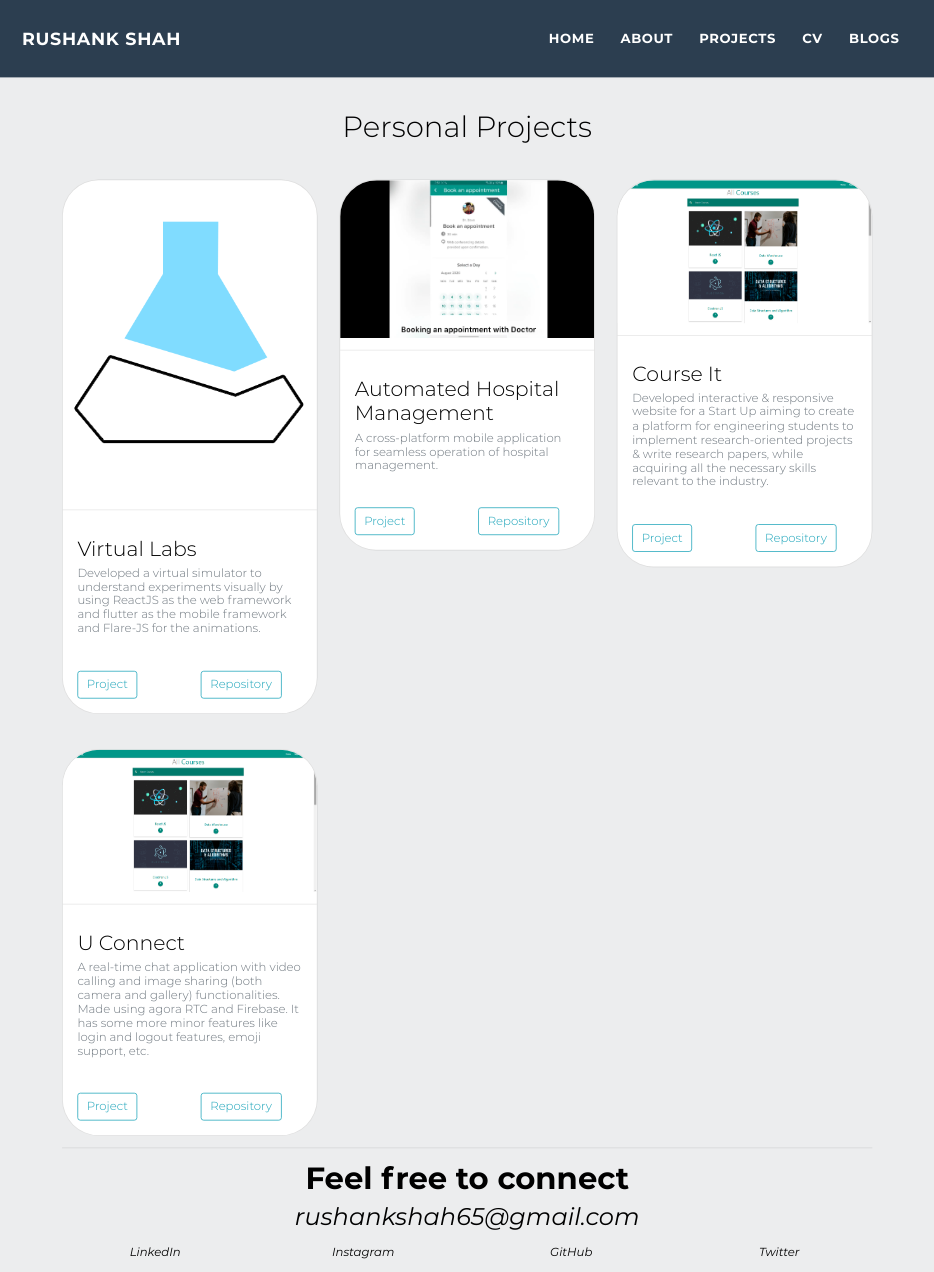
Repository: rushankshah/rushank-shah
Page: /projects
These files come from the project's save history. The page is drawn as it stood at one moment and after the next save; the edit follows.
The browser window is 1280 px wide. The pictures show the whole page, at 73% of full size.
The project was rebuilt for these pictures with package versions that can differ from the ones it lists, and the page was loaded fresh each time. The framework's server and built-in components were replaced by stand-ins that run in the browser. Also part of the build but not shown: next.config.js.

Above is the page before, as saved 2020-12-03 01:25:55.

### pages/projects.js
import BaseLayout from '../components/layouts/BaseLayout'
import BasePage from '../components/BasePage'
import { Card, CardBody, CardImg, CardSubtitle, CardTitle, Col, Row } from 'reactstrap'


const projects = () => {
    return (
        <BaseLayout>
            <BasePage className='projects-page'>
                <h1 style={{ textAlign: 'center', color: 'black' }}>Personal Projects</h1>
                <Row className='mt-5'>
                    <Col md='4'>
                        <Card className='intro custom-card'>
                            <CardImg top src="/static/images/virtual-labs-logo.png" alt="Card image cap"></CardImg>
                            <hr></hr>
                            <CardBody>
                                <CardTitle tag='h3'>
                                    Virtual Labs
                                </CardTitle>
                                <CardSubtitle tag="h6" className="mb-2 text-muted">Developed a virtual simulator to understand experiments visually by using ReactJS as the web framework and flutter as the mobile framework and Flare-JS for the animations.</CardSubtitle>
                                <Row className='mt-5'>
                                    <Col md='6'>
                                        <a className='btn btn-outline-info' target='_blank' href='http://cdac.olabs.edu.in/?sub=74&brch=31&sim=249&cnt=4'>Project</a>
                                    </Col>
                                    <Col md='6'>
                                        <a className='btn btn-outline-info' target='_blank' href='https://github.com/rushankshah/VirtualLabs-React'>Repository</a>
                                    </Col>
                                </Row>
                            </CardBody>
                        </Card>
                    </Col>
                    <Col md='4'>
                        <Card className='intro custom-card'>
                            <CardImg top src="/static/images/healthcare.png" style={{ borderRadius: '50px 50px 0px 0px' }} alt="Card image cap"></CardImg>
                            <hr></hr>
                            <CardBody>
                                <CardTitle tag='h3'>
                                    Automated Hospital Management
                                </CardTitle>
                                <CardSubtitle tag="h6" className="mb-2 text-muted">A cross-platform mobile application for seamless operation of hospital management.</CardSubtitle>
                                <Row className='mt-5'>
                                    <Col md='6'>
                                        <a className='btn btn-outline-info' target='_blank' href='https://www.youtube.com/watch?v=YVA4nBIPkeM&feature=youtu.be'>Project</a>
                                    </Col>
                                    <Col md='6'>
                                        <a className='btn btn-outline-info' target='_blank' href='https://github.com/rushankshah/SecureHealth'>Repository</a>
                                    </Col>
                                </Row>
                            </CardBody>
                        </Card>
                    </Col>
                    <Col md='4'>
                        <Card className='intro custom-card'>
                            <CardImg top src="/static/images/courseit.png" style={{ borderRadius: '50px 50px 0px 0px' }} alt="Card image cap"></CardImg>
                            <hr></hr>
                            <CardBody>
                                <CardTitle tag='h3'>
                                    Course It
                                </CardTitle>
                                <CardSubtitle tag="h6" className="mb-2 text-muted">Developed interactive & responsive website for a Start Up aiming to create a platform for engineering students to implement research-oriented projects & write research papers, while acquiring all the necessary skills relevant to the industry.</CardSubtitle>
                                <Row className='mt-5'>
                                    <Col md='6'>
                                        <a className='btn btn-outline-info' target='_blank' href='https://www.youtube.com/watch?v=DS0so4L6310&feature=youtu.be'>Project</a>
                                    </Col>
                                    <Col md='6'>
                                        <a className='btn btn-outline-info' target='_blank' href='https://github.com/rushankshah/T014_Masterbridge'>Repository</a>
                                    </Col>
                                </Row>
                            </CardBody>
                        </Card>
                    </Col>
                </Row>
                <Row className='mt-5'>
                    <Col md='4'>
                        <Card className='intro custom-card'>
                            <CardImg top src="/static/images/courseit.png" style={{ borderRadius: '50px 50px 0px 0px' }} alt="Card image cap"></CardImg>
                            <hr></hr>
                            <CardBody>
                                <CardTitle tag='h3'>
                                    U Connect
                                </CardTitle>
                                <CardSubtitle tag="h6" className="mb-2 text-muted">A real-time chat application with video calling and image sharing (both camera and gallery) functionalities. Made using agora RTC and Firebase. It has some more minor features like login and logout features, emoji support, etc.</CardSubtitle>
                                <Row className='mt-5'>
                                    <Col md='6'>
                                        <a className='btn btn-outline-info' target='_blank' href='https://www.youtube.com/watch?v=DS0so4L6310&feature=youtu.be'>Project</a>
                                    </Col>
                                    <Col md='6'>
                                        <a className='btn btn-outline-info' target='_blank' href='https://github.com/rushankshah/T014_Masterbridge'>Repository</a>
                                    </Col>
                                </Row>
                            </CardBody>
                        </Card>
                    </Col>
                </Row>
                <hr></hr>
            </BasePage>
        </BaseLayout>
    )
}

export default projects

### styles/main.scss
@import './shared/fonts';
@import './index';
@import './header';
@import './shared/colors';
@import 'about';
@import 'projects';

html, body {
    height:100%;
    width:100%;
    font-family: 'Montserrat', 'Helvetica';
  }

.self-typed{
  font-size: 31px;
  font-weight: 500;
  letter-spacing: 2px;
  color: white;
}

.absolute {
  position: absolute;
}

.base-page {
  padding-top: 150px;
  color: white;
  background-color: #ecedee;
  min-height: 100vh;

  .page-header {
    .page-header-title {
      font-weight: 700;
      color: black;
      display: inline-block;
      margin-bottom: 20px;
    }
  }
}

.social-media:hover{
  color: #dba919;
  cursor: pointer;
}

.clickable{
  cursor: pointer;
}

### components/layouts/BaseLayout.js
import React from 'react'
import Header from '../shared/Header'

const BaseLayout = (props) => {

    const { className, children } = props

    const headerType = props.headerType || 'default'

    return (
        <div className='layout-container'>
            <Header className={`port-nav-${headerType}`} />
            <main className={`cover ${className}`}>
                <div className='wrapper'>
                    {children}
                </div>
            </main>
        </div>
    )
}

export default BaseLayout

### components/BasePage.js
import React from 'react'
import { Container } from 'reactstrap'
import Footer from './shared/Footer'

export default function BasePage(props) {
    const className = props.className || ''
    const title = props.title
    return (
        <div className={`base-page ${className}`}>
            <Container>
                {props.children}
                <Footer />
            </Container>
        </div>
    )
}

### styles/shared/_fonts.scss
@font-face {
    font-family: 'Montserrat';
    src: url('/static/fonts/2.3\ Montserrat-Regular.ttf');
    font-weight: normal;
    font-style: normal;
}

@font-face {
    font-family: 'Montserrat';
    src: url('/static/fonts/2.4\ Montserrat-Bold.ttf');
    font-weight: bold;
    font-style: normal;
}

@font-face {
    font-family: 'Montserrat';
    src: url('/static/fonts/2.2\ Montserrat-Light.ttf');
    font-weight: lighter;
    font-style: normal;
}

@font-face {
    font-family: 'Montserrat';
    src: url('/static/fonts/2.1\ Montserrat-Italic.ttf');
    font-weight: normal;
    font-style: italic;
}

### styles/_index.scss
  // ---------- Index Page CSS ------------
  .cover {
    background-image: linear-gradient(45deg,#00aeef 0%,#096fb9 100%);
    overflow: hidden;
    position: relative;
  }

  .wrapper {
    min-height: 100vh;
    min-width: 100vw;
    margin-top: 0;
    position: relative;
  }

  .main-section {
    top: 150px;
    width: 100%;
    padding: 150px 0 0;
  }

  .hero-section{
    h2 {
      color: white;
      font-weight: bold;
      margin-bottom: 10px;
    }

    perspective: 1000px;
    color: white;
    width: 400px;
    position: relative;

    &-content {
      position: absolute;
      bottom: 20px;
      width: 360px;
      left: 6%;
      z-index: 1;

      &-intro {
        font-size: 17px;
      }
    }
  }

  .image {
    width: auto;
    max-width: 100%;
  }

  .hero-welcome-text > h1 {
    color: white;
    text-transform: uppercase;
    font-size: 27px;
    margin-top: 80px;
  }

  .hero-welcome-bio {
    margin-top: 20px;
    color: white;

    .fa-stack {
      font-size: 28px;
    }

    .list-inline-item {
      > a {
        color: #373737;
      }
    }
  }

  .hero-welcome-wrapper {
    justify-content: flex-end;

  }

  @media (max-width: 991px) {
    .hero-section {
      width: 341px;
      height: 445px;

      &-content {
        width: 341px;
      }
    }

    .hero-welcome-text > h1 {
      margin-top: 0px;
    }
  }

  .background-image {
    position: absolute;
    width: 1762px;
    height: 493px;
  }

  .shadow-custom {
    width: 100%;
    height: 100%;
    position: absolute;
    top: 0;
    box-shadow: -17px 13px 41px rgba(13,78,158,0.6);
    border: 2px solid #3bace5;

    .shadow-inner {
      width: 100%;
      height: 100%;
      box-shadow: -17px 13px 13px rgba(0,0,0,0.09);
    }
  }

  .shadow-custom-2 {
    border: 2px solid #f37d49;
    box-shadow: -17px 13px 41px rgba(13,78,158,0.3);
  }

  .flipper{
    transition: 1s;
    transform-style: preserve-3d;
    position: relative;
  }

  .flipper.isFlipping{
    transform: rotateY(-180deg);
  }

  .front, .back{
    backface-visibility: hidden;
    position: absolute;
    top: 0;
    left: 0;
  }

  .cover-0 {
  }

  .cover-1 {
    background-image: linear-gradient(45deg, rgb(254, 202, 83), rgb(253, 157, 97));
  }

  .front{
    transform: rotateY(0deg);
    z-index: 9999;
  }

  .back{
    transform: rotateY(180deg);
  }

### styles/_header.scss
@import './shared/colors';
  // HEADER
  .port-navbar.port-nav-base {
    width: 100%;
    z-index: 15;
    padding: 40px;

    .port-navbar {
      &-brand {
        color: white;
        font-size: 24px;
        text-transform: uppercase;
        letter-spacing: 1px;
        font-weight: bold;
      }

      &-item {
        margin-left: 10px;
        margin-right: 10px;
      }

      &-link {
        color: white;
        font-weight: bold;
        letter-spacing: 0.8px;
        font-size: 18px;
        text-transform: uppercase;

        &.active {
        color: #dba919;
        }

        &:hover, &:focus {
          color: #dba919;
        }
      }
    }
  }

  .port-navbar.port-nav-base.port-nav-default {
    padding: 30px;
    background-color: $secondary !important;
  }

  .bg-transparent.menu-open {
    background-color: #2C3E50 !important;
  }

  .bg-transparent.menu-close {
    transition: 1s;
  }

### styles/shared/_colors.scss
$main-color-blue: #0977C0;
$main-color-red: 'red';

$navbar-orange: #dba919;
$base-page-white: #ecedee;

$white: #fff !default;
$gray-100: #f8f9fa !default;
$gray-200: #e9ecef !default;
$gray-300: #dee2e6 !default;
$gray-400: #ced4da !default;
$gray-500: #adb5bd !default;
$gray-600: #868e96 !default;
$gray-700: #495057 !default;
$gray-800: #343a40 !default;
$gray-900: #212529 !default;
$black: #000 !default;

$primary: #18BC9C !default;
$secondary: #2C3E50 !default;

$blue:    #007bff !default;
$indigo:  #6610f2 !default;
$purple:  #6f42c1 !default;
$pink:    #e83e8c !default;
$red:     #dc3545 !default;
$orange:  #fd7e14 !default;
$yellow:  #ffc107 !default;
$green:   #28a745 !default;
$teal:    #0085A1 !default;
$cyan:    #17a2b8 !default;

### styles/_about.scss
@import './shared/mixins';
.about-page {
    .left-side {
      // margin-top: 10vh;

      color: black;
      text-align: left;
    }

    .fadein {
      opacity: 0;

      @include animation(fadein 2s);
      @include animation-fill-mode(forwards);
    }

    .intro{
        color: black;
        font-weight: lighter;
    }

    .title {
      @include animation-detail(0.7s);
      font-size: 42px;
      font-weight: bold;
    }

    .subtitle {
      @include animation-detail(2.2s);
      font-size: 33px;
    }

    .subsubTitle {
      @include animation-detail(3.6s);
      font-size: 18px;
    }

    @keyframes fadein {
      from { opacity: 0; }
      to   { opacity: 1; }
    }
  }

### styles/shared/_mixins.scss
// MIXINS
@mixin background-cover() {
    -webkit-background-size: cover;
    -moz-background-size: cover;
    -o-background-size: cover;
    background-size: cover;
  }

  @mixin animation($animationType) {
    -webkit-animation: $animationType; /* Safari, Chrome and Opera > 12.1 */
       -moz-animation: $animationType; /* Firefox < 16 */
        -ms-animation: $animationType; /* Internet Explorer */
         -o-animation: $animationType; /* Opera < 12.1 */
            animation: $animationType;
  }


  @mixin animation-fill-mode($animationMode) {
    -webkit-animation-fill-mode: $animationMode;  /* this makes sure that after animation is done we remain at the last keyframe value (opacity: 1)*/
    -moz-animation-fill-mode: $animationMode;
    animation-fill-mode: $animationMode;
  }


  @mixin animation-detail($detail) {
    -webkit-animation-delay: $detail;
    -moz-animation-delay: $detail;
    animation-delay: $detail;
  }

### styles/_projects.scss
@import './shared/mixins';
.projects-page {
    .left-side {
      // margin-top: 10vh;

      color: black;
      text-align: left;
    }
    .custom-card{
      border-radius: 50px;
    }
    .custom-card:hover{
      transition: all 0.2s ease-out;
      box-shadow: 0px 4px 8px rgba(38, 38, 38, 0.2);
      top: -4px;
      border: 1px solid #cccccc;
    }
    .fadein {
      opacity: 0;

      @include animation(fadein 2s);
      @include animation-fill-mode(forwards);
    }

    .intro{
        color: black;
        font-weight: lighter;
    }

    .title {
      @include animation-detail(0.7s);
      font-size: 42px;
      font-weight: bold;
    }

    .subtitle {
      @include animation-detail(2.2s);
      font-size: 33px;
    }

    .subsubTitle {
      @include animation-detail(3.6s);
      font-size: 18px;
    }

    @keyframes fadein {
      from { opacity: 0; }
      to   { opacity: 1; }
    }
  }

### components/shared/Header.js
import { useState } from 'react'
import Link from 'next/link'
import Head from 'next/head'
import {
    Collapse,
    Navbar,
    NavbarToggler,
    NavbarBrand,
    Nav,
    NavItem
} from 'reactstrap';

const Header = (props) => {
    const [isOpen, setIsOpen] = useState(false);

    const toggle = () => setIsOpen(!isOpen);

    const className = props.className

    const menuOpenClass = isOpen ? 'menu-open' : 'menu-close'

    return (
        <div>
            <Head>
                <title>Rushank Shah</title>
                <link rel="icon" href="/static/images/R.jpg" />
                <link href="https://cdn.lineicons.com/2.0/LineIcons.css" rel="stylesheet"></link>
            </Head>
            <Navbar className={`port-navbar port-nav-base absolute ${className} ${menuOpenClass}`} color="transparent" dark expand="md">
                <NavbarBrand className='port-navbar-brand'>Rushank Shah</NavbarBrand>
                <NavbarToggler onClick={toggle} />
                <Collapse isOpen={isOpen} navbar>
                    <Nav className="ml-auto" navbar>
                        <NavItem className='port-navbar-item'>
                            <Link href='/'>
                                <a className='nav-link port-navbar-link'> Home </a>
                            </Link>
                        </NavItem>
                        <NavItem className='port-navbar-item'>
                            <Link href='/about'>
                                <a className='nav-link port-navbar-link'> About </a>
                            </Link>
                        </NavItem>
                        <NavItem className='port-navbar-item'>
                            <Link href='/projects'>
                                <a className='nav-link port-navbar-link'> Projects </a>
                            </Link>
                        </NavItem>
                        <NavItem className='port-navbar-item'>
                            <Link href='/cv'>
                                <a className='nav-link port-navbar-link'> CV </a>
                            </Link>
                        </NavItem>
                        <NavItem className='port-navbar-item'>
                            <Link href='/blogs'>
                                <a className='nav-link port-navbar-link'> Blogs </a>
                            </Link>
                        </NavItem>
                    </Nav>
                </Collapse>
            </Navbar>
        </div>
    )
}

export default Header

### components/shared/Footer.js
import { Col, Row } from "reactstrap";

export default function Footer() {
    return (
        <div>
            <div className='intro'>
                <h5 className='title' style={{ textAlign: 'center', color: 'black' }}>
                    Feel free to connect
                </h5>
                <h5 className='subtitle' style={{ textAlign: 'center', color: 'black' }}>
                    <a target='_blank' style={{ color: 'black', textDecoration: 'none' }} href='mailto:rushankshah65@gmail.com'>
                        <i className="lni lni-envelope lni-lg lni-32 social-media"> rushankshah65@gmail.com</i>
                    </a>
                </h5>
                <Row className='mt-3' style={{ textAlign: 'center', color: 'black' }}>
                    <Col md='3'>
                        <div>
                            <a target='_blank' style={{ color: 'black', textDecoration: 'none' }} href='https://www.linkedin.com/in/rushank-shah-65836b1a6/'>
                                <i className="lni lni-linkedin-original lni-lg lni-32 social-media">LinkedIn</i>
                            </a>
                        </div>
                    </Col>
                    <Col md='3'>
                        <div>
                            <a target='_blank' style={{ color: 'black', textDecoration: 'none' }} href='https://www.instagram.com/rushankshah65/'>
                                <i className="lni lni-instagram lni-lg lni-32 social-media">Instagram</i>
                            </a>
                        </div>
                    </Col>
                    <Col md='3'>
                        <div>
                            <a target='_blank' style={{ color: 'black', textDecoration: 'none' }} href='https://github.com/rushankshah'>
                                <i className="lni lni-github-original lni-lg lni-32 social-media">GitHub</i>
                            </a>
                        </div>
                    </Col>
                    <Col md='3'>
                        <div>
                            <a target='_blank' style={{ color: 'black', textDecoration: 'none' }} href='https://twitter.com/ShahRushank'>
                                <i className="lni lni-twitter-original lni-lg lni-32 social-media">Twitter</i>
                            </a>
                        </div>
                    </Col>
                </Row>
                <Row className='mt-3'>
                </Row>
            </div>
        </div>
    )
}

Loaded but not shown: pages/_app.js (common file)

After the next save:
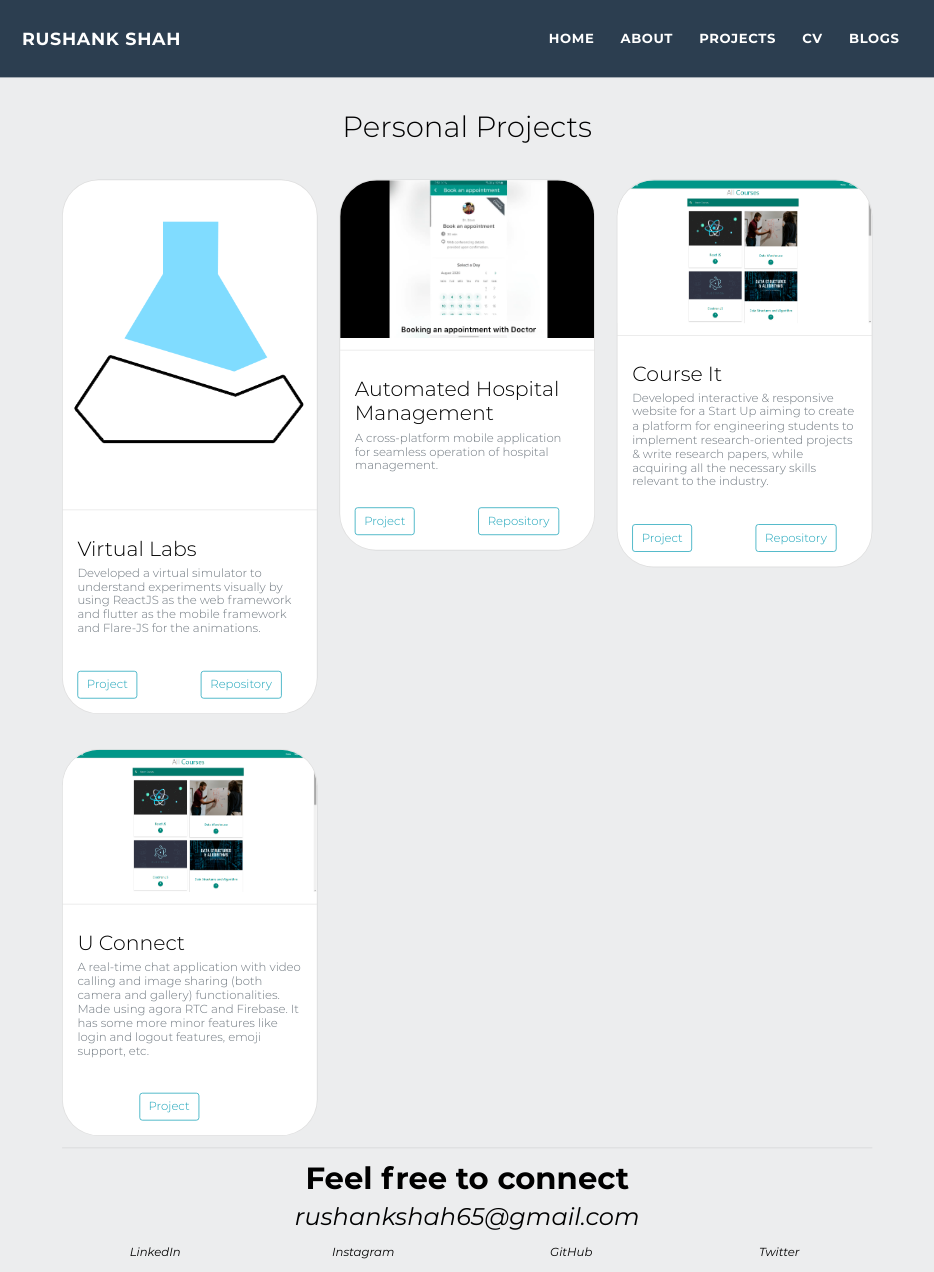
Saved 3 min 52 s later.
--- a/pages/projects.js
+++ b/pages/projects.js
@@ -81,12 +81,11 @@
                                 </CardTitle>
                                 <CardSubtitle tag="h6" className="mb-2 text-muted">A real-time chat application with video calling and image sharing (both camera and gallery) functionalities. Made using agora RTC and Firebase. It has some more minor features like login and logout features, emoji support, etc.</CardSubtitle>
                                 <Row className='mt-5'>
+                                <Col></Col>
                                     <Col md='6'>
-                                        <a className='btn btn-outline-info' target='_blank' href='https://www.youtube.com/watch?v=DS0so4L6310&feature=youtu.be'>Project</a>
+                                        <a className='btn btn-outline-info' target='_blank' href='https://www.linkedin.com/feed/update/urn:li:activity:6686195640520728576/'>Project</a>
                                     </Col>
-                                    <Col md='6'>
-                                        <a className='btn btn-outline-info' target='_blank' href='https://github.com/rushankshah/T014_Masterbridge'>Repository</a>
-                                    </Col>
+                                    <Col></Col>
                                 </Row>
                             </CardBody>
                         </Card>
